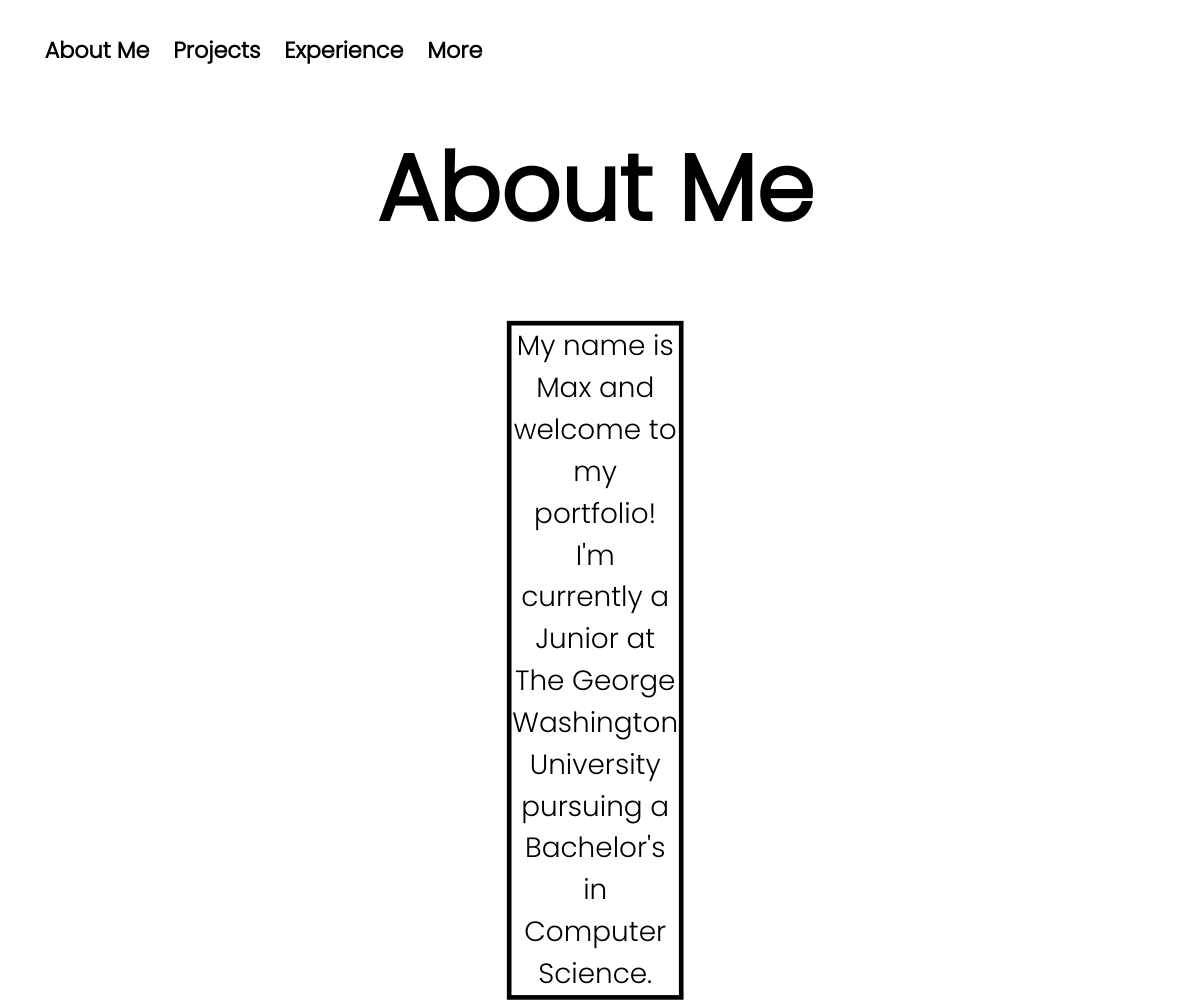
Repository: notMaximilian/maximilianaquino.github.io
Page: about.html
These files come from the project's save history. The page is drawn as it stood at one moment and after a run of saves; the edit follows.
The browser window is 1280 px wide. The pictures show the whole page, at 93% of full size.

Above is the page before, as saved 2022-02-10 09:49:10.

### about.html
<!DOCTYPE html>
<html lang="en">

<head>
  <meta charset="UTF-8">
  <meta name="viewport" content="width=device-width, initial-scale=1, user-scaleable=no">
  <title>Max Aquino</title>
  <link rel="preconnect" href="https://fonts.googleapis.com">
  <link rel="preconnect" href="https://fonts.gstatic.com" crossorigin>
  <link href="https://fonts.googleapis.com/css2?family=Poppins:wght@300&display=swap" rel="stylesheet">
  <link rel="stylesheet" href="css/subpage.css">
</head>

<body>


      <div class="mainNav">
        <ul class = "navmenu">
          <li class = "navmenuItems"><h2 id="about">About Me</h2></li>
          <li class = "navmenuItems"><h2 id="projects">Projects</h2></li>
          <li class = "navmenuItems"><h2 id="experience">Experience</h2></li>
          <li class = "navmenuItems"><h2 id="more">More</h2></li>
        </ul>

      <br>
      <br>
      <br>
      <h1>About Me</h1>
      <p>My name is Max and welcome to my portfolio! I'm currently a Junior at
        The George Washington University pursuing a Bachelor's in Computer Science.

      </p>



  <!-- Maximilian Fade in and out -->

  <!-- <script src="js/game.js"></script> -->
</body>

</html>

### css/subpage.css
.corners{
    position: absolute;
    width: 16vw;
}

#cornerL{
    transform: translate(-35vw, 23vh);
}
#cornerR{
    transform: translate(35vw, 23vh);
}

#github{
    position: absolute;
    width: 7vw;
    transform: translate(32vw, 28vh);
}
#twitter{
    position: absolute;
    width: 7vw;
    transform: translate(-32vw, 30vh);
}

ul{
    list-style-type: none;
}
li{
    float: left;
    font-family: "Poppins", sans-serif;
    margin-right: 2vw;
}

h1{
    font-family: "Poppins", sans-serif;
    text-align: center;
    margin-top: 8vh;
    font-size: 100px;
}

p{
    inline-size: 14vw;
    font-family: "Poppins", sans-serif;
    text-align: center;
    border: 5px solid black;
    margin: 0 auto;
    font-size: 30px ;
}

After the next 2 saves:
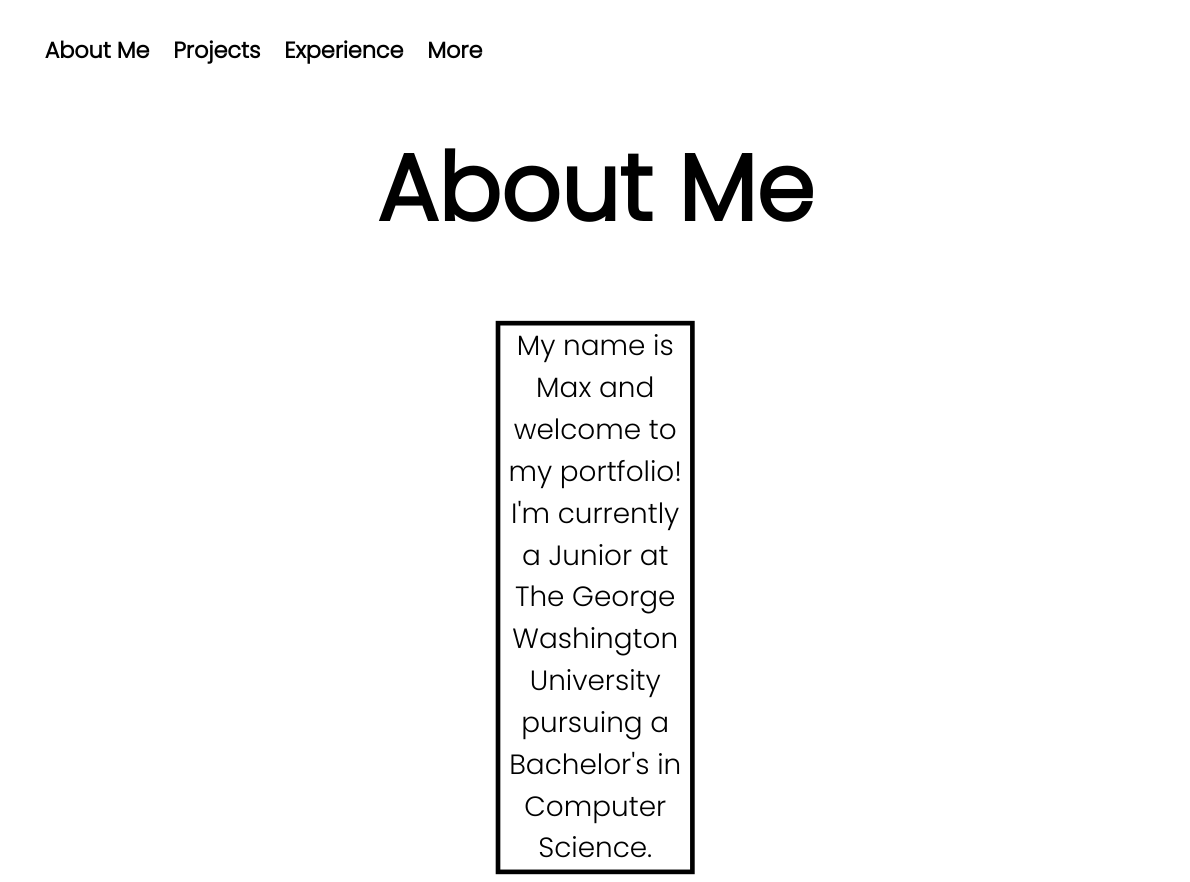
The 2 saves are shown as one change because they came seconds apart.
The last was saved 6 s later.
--- a/css/subpage.css
+++ b/css/subpage.css
@@ -38,7 +38,7 @@ h1{
 }
 
 p{
-    inline-size: 14vw;
+    inline-size: 16vw;
     font-family: "Poppins", sans-serif;
     text-align: center;
     border: 5px solid black;
